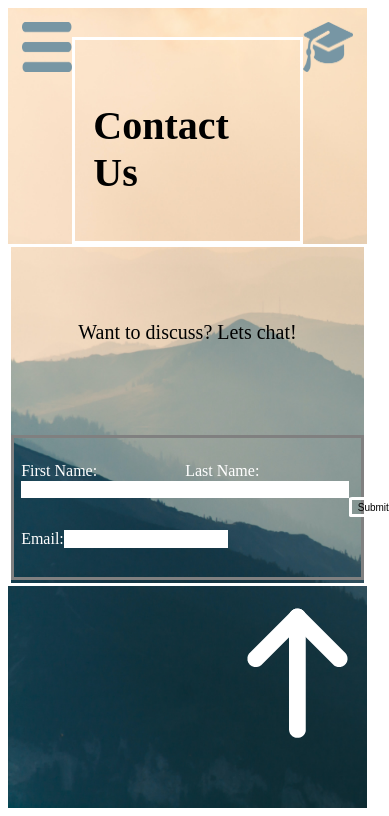
Repository: sierralaurent/MDIA2109-Assignment01
Page: /contact
These files come from the project's save history. The page is drawn as it stood at one moment and after the next save; the edit follows.
The browser window is 375 px wide. The page is 389 px wide, so the pictures cover 389 px, including what lies to the right of the window. The pictures show the whole page.
The project was rebuilt for these pictures with package versions that can differ from the ones it lists, and the page was loaded fresh each time. The framework's server and built-in components were replaced by stand-ins that run in the browser. Also part of the build but not shown: next.config.js.

Above is the page before, as saved 2023-02-05 13:35:36.

### pages/contact.js
import Head from 'next/head'
import Image from 'next/image'
import { Inter } from '@next/font/google'
import styles from '@/styles/Contact.module.css'
import Link from 'next/link'

export default function Contact() {
    return (
        <>
        <Head>
        <title>Contact Us</title>
        <meta name="author" content="MDIA 2109" />
        <meta property="og:title" content="Assignment #1 - Contact Us Page" />
        <meta property="og:description" content="BCIT Digital Design and Development Diploma" />
        <link rel="icon" href="/favicon.png" />
      </Head>
      <main className={styles.main}>
        <div className={styles.nav}>
            <img src="icons/menu-icon.png" className={styles.icon1}/>
            <img src="icons/graduation-hat.png" className={styles.icon2}/>
          </div>
          <div className={styles.header}>
            <h1>Contact Us</h1>
          </div>
            <div className={styles.middle2}>
            <p>Want to discuss? Lets chat!</p>
              <div className={styles.inputs}>
              <form>
                <fieldset>
                <table>
                    <thead>
                        <tr>
                          <label for="fname">First Name:</label>
                          <input type="text" id="fname" name="fname"></input>
                        </tr>
                        <tr>
                          <label for="lname">Last Name:</label>
                          <input type="text" id="name" name="lname"></input>
                        </tr>
                    </thead>
                    <thead>
                    <label for="email">Email:</label>
                    <input type="email" id="email" name="email"></input>
                    </thead>
                </table>
                </fieldset>
            </form>
            <button type="submit" className={styles.butt}>Submit</button>
              </div>
            </div>
        <div className={styles.bottom}>
            <a href="/about">
              <span className={styles.icon3}>
                <img src="icons/upwardArrow.png"/>
              </span>
            </a>
          </div>
      </main>
        </>
    )
  }

### styles/Contact.module.css
.main {
    background-image: url('../public/background-images/backgroundMountain.jpg');
    background-size: cover;
    height: 100vh;
    position: relative;
  }

  .nav {
    padding: 4%;
  }

  .icon1 {
    width: 5vw;
    height: 5vh;
    float: left;
  }

  .icon2 {
    width: 5vw;
    height: 5vh;
    float: right;
  }

  .header {
    display: flex;
    flex-direction: column;
    justify-content: center;
    align-items: center;
    border: 3px solid white;
    padding: 5%;
  }

  .header h1 {
    font-size: 50px;
  }

  .middle2 {
    justify-content: center;
    align-items: center;
    border: 3px solid white;
  }

  .middle2 p {
    display: flex;
    justify-content: center;
    padding-bottom: 20%;
    font-size: 20px;
  }

  .inputs {
    display: flex;
    justify-content: center;
    align-items: center;
    border: 3px solid gray;
  }

  .inputs thead {
    color: white;
    display: flex;
    flex-direction: row;
    padding: 5%;
    border: none;
  }

  .inputs fieldset {
    border: none;
  }

  .inputs input {
    width: 13rem;
    background-color: white;
    border: none;
  }

  .butt {
    border: 3px solid white;
    border-radius: 8%;
    background-color: transparent;
    width: 10vw;
    height: 2.5vh;
    max-width: 15vw;
    max-height: 5vh;
    font-size: 1.25vh;
  }

  .butt:hover {
    background-color: white;
    color: black;
  }

  .icon3 {
    width: 5vw;
    height: 5vh;
    float: right;
  }

  .bottom {
    position: absolute;
    bottom: 10rem;
    right: 5rem;
  }

/* Desktop */
@media only screen and (min-width: 1000px) {

}


/* Tablet or iPad Air */
@media only screen and (min-width: 600px) and (max-width: 999px ) {
    .inputs {
      padding: 2%;
    }
    .icon1 {
      width: 80px;
      height: 80px;
    }
    .icon2 {
      width: 80px;
      height: 80px;
    }
    .header h1 {
      font-size: 50px;
    }
}

/* Mobile or iPhone XR */
@media only screen and (max-width: 599px ) {
    .header {
      padding-top: 10%;
    }
    .header h1 {
      font-size: 40px;
    }
    .inputs input {
      width: 10rem;
    }
    .icon1 {
      width: 50px;
      height: 50px;
    }
    .icon2 {
      width: 50px;
      height: 50px;
    }
    .icon3 {
      width: 40px;
      height: 40px;
    }
    .bottom {
      padding-top: 40%;
      padding-left: 5%;
    }
    .middle2 {
      padding-top: 15%;
      padding-bottom: 1%;
    }


}

Loaded but not shown: pages/_document.js (common file); pages/api/hello.js (common file)

After the next save:
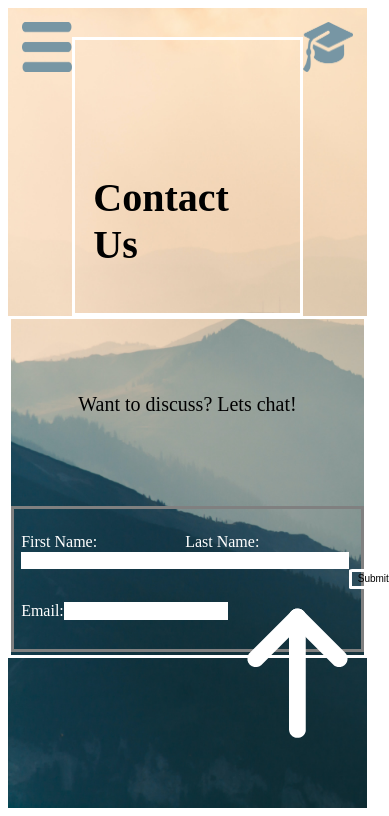
Saved 15 s later.
--- a/styles/Contact.module.css
+++ b/styles/Contact.module.css
@@ -127,7 +127,7 @@
 /* Mobile or iPhone XR */
 @media only screen and (max-width: 599px ) {
     .header {
-      padding-top: 10%;
+      padding-top: 30%;
     }
     .header h1 {
       font-size: 40px;
